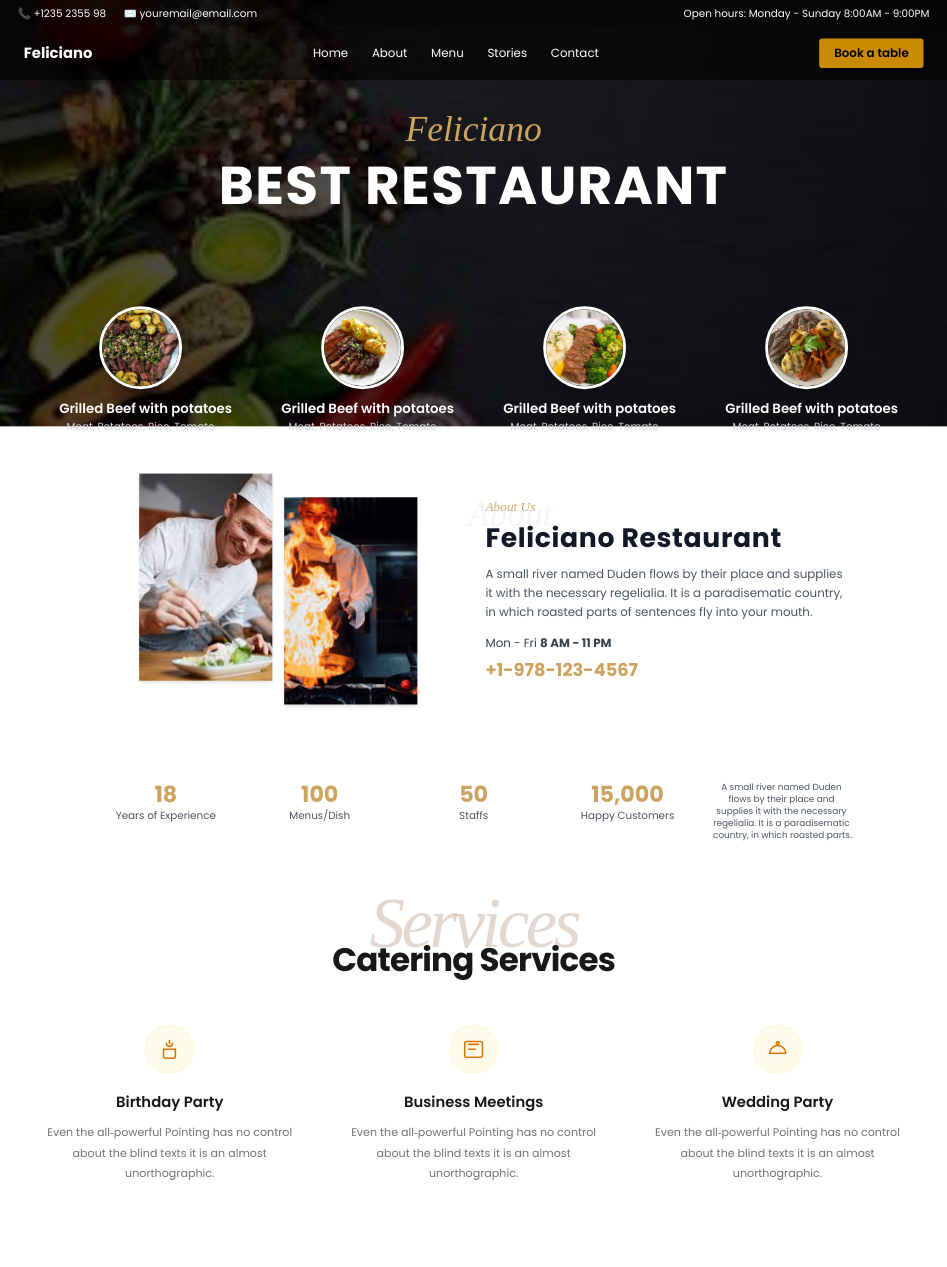
Repository: Purniagithub/Benttacproject
Page: /
These files come from the project's save history. The page is drawn as it stood at one moment and after the next save; the edit follows.
The browser window is 1280 px wide. The pictures show the whole page, at 74% of full size.
Some web fonts or font styles are not loaded; a fallback is used. The project was rebuilt for these pictures with package versions that can differ from the ones it lists, and the page was loaded fresh each time. Also part of the build but not shown: vite.config.js.

Above is the page before, as saved 2025-08-21 17:49:10.

### index.html
<!doctype html>
<html lang="en">
  <head>
    <meta charset="UTF-8" />
    <link rel="icon" type="image/svg+xml" href="/vite.svg" />
    <link href="https://fonts.googleapis.com/css2?family=Playfair+Display:ital,wght@1,500&family=Poppins:wght@400;600;700&display=swap" rel="stylesheet">

    <meta name="viewport" content="width=device-width, initial-scale=1.0" />
    <title>Vite + React</title>
  </head>
  <body>
    <div id="root"></div>
    <script type="module" src="/src/main.jsx"></script>
  </body>
</html>

### src/App.jsx
import React from "react";
import Navbar from "./components/Navbar";
import Hero from "./components/Hero";

function App() {
  return (
    <div className="font-poppins">
      <Navbar />
      <Hero />
    </div>
  );
}

export default App;

### src/components/Navbar.jsx
import React from "react";

const Navbar = () => {
  return (
    <header className="absolute top-0 left-0 w-full z-50">
      {/* Top bar */}
      <div className="flex justify-between items-center bg-black bg-opacity-70 text-white text-sm px-6 py-2">
        <div className="flex space-x-6">
          <span>📞 +1235 2355 98</span>
          <span>✉️ youremail@email.com</span>
        </div>
        <span>Open hours: Monday - Sunday 8:00AM - 9:00PM</span>
      </div>

      {/* Main Navbar */}
      <nav className="flex justify-between items-center bg-black bg-opacity-60 text-white px-8 py-4">
        <h1 className="text-xl font-bold">Feliciano</h1>
        <ul className="flex space-x-8 font-medium">
          <li><a href="#" className="hover:text-yellow-400">Home</a></li>
          <li><a href="#" className="hover:text-yellow-400">About</a></li>
          <li><a href="#" className="hover:text-yellow-400">Menu</a></li>
          <li><a href="#" className="hover:text-yellow-400">Stories</a></li>
          <li><a href="#" className="hover:text-yellow-400">Contact</a></li>
        </ul>
        <button className="bg-yellow-600 hover:bg-yellow-700 px-5 py-2 rounded text-black font-semibold">
          Book a table
        </button>
      </nav>
    </header>
  );
};

export default Navbar;

### src/components/Hero.jsx
import React from "react";
import AboutSection from "../components/AboutSection";
import CateringServices from "./CateringServices";

const dishes = [
  { id: 1, name: "Grilled Beef with potatoes", desc: "Meat, Potatoes, Rice, Tomato", img: "/dish-1.jpeg" },
  { id: 2, name: "Grilled Beef with potatoes", desc: "Meat, Potatoes, Rice, Tomato", img: "/dish-2.jpeg" },
  { id: 3, name: "Grilled Beef with potatoes", desc: "Meat, Potatoes, Rice, Tomato", img: "/dish-3.jpeg" },
  { id: 4, name: "Grilled Beef with potatoes", desc: "Meat, Potatoes, Rice, Tomato", img: "/dish-4.jpeg" },
];

const Hero = () => {
  return (
    <>
    <section
      className="relative h-[80vh] bg-cover bg-center flex flex-col justify-center items-center text-white px-4"
      style={{ backgroundImage: "url('/img-4.jpeg')" }}
    >
      {/* Dark overlay */}
      <div className="absolute inset-0 bg-black/70"></div>

      {/* Headings */}
      <div className="relative z-10 text-center mt-20 md:mt-32 lg:mt-40">
        <h2 className="text-3xl md:text-4xl lg:text-5xl font-serif italic text-[#CDA45E]">
          Feliciano
        </h2>
        <h1 className="text-4xl md:text-5xl lg:text-7xl font-extrabold tracking-wide mt-3 md:mt-4 uppercase">
          Best Restaurant
        </h1>
      </div>

      {/* Dish Cards */}
      <div className="relative z-10 grid grid-cols-1 sm:grid-cols-2 md:grid-cols-4 gap-10 md:gap-16 lg:gap-20 mt-16 md:mt-24 lg:mt-32">
        {dishes.map((dish) => (
          <div key={dish.id} className="text-center max-w-[220px] mx-auto">
            <img
              src={dish.img}
              alt={dish.name}
              className="w-24 h-24 md:w-28 md:h-28 object-cover rounded-full mx-auto border-4 border-white shadow-lg"
            />
            <h3 className="mt-3 font-semibold text-base md:text-lg whitespace-nowrap">
              {dish.name}
            </h3>
            <p className="text-xs md:text-sm text-gray-300">{dish.desc}</p>
          </div>
        ))}
      </div>
    </section>
     {/* Other sections */}
     <AboutSection />
     <CateringServices />
</>
  );
};

export default Hero;

### src/components/AboutSection.jsx
// src/components/AboutSection.jsx
import React from "react";

export default function AboutSection() {
  return (
    <section className="w-full bg-white py-16">
      <div className="max-w-5xl mx-auto text-center">
        {/* Top Grid (Images + Content) */}
        <div className="grid grid-cols-1 lg:grid-cols-2 gap-8 items-center">
          {/* Left Images */}
          <div className="flex justify-center gap-4">
            <img
              src="/chef-1.jpeg"
              alt="Chef serving"
              className="shadow-md object-cover h-[280px] w-[180px]"
            />
            <img
              src="/chef-5.jpeg"
              alt="Cooking food"
              className="shadow-md object-cover h-[280px] w-[180px] mt-8"
            />
          </div>

          {/* Right Content */}
          <div className="text-left lg:text-left">
            <h3 className="text-lg font-serif italic text-[#CDA45E] relative mb-2">
              <span className="absolute -left-6 top-0 text-5xl text-gray-200 opacity-40">
                About
              </span>
              About Us
            </h3>
            <h2 className="text-4xl font-bold text-gray-900 mb-4 tracking-wide">
              Feliciano Restaurant
            </h2>
            <p className="text-gray-600 mb-4 leading-relaxed">
              A small river named Duden flows by their place and supplies it
              with the necessary regelialia. It is a paradisematic country, in
              which roasted parts of sentences fly into your mouth.
            </p>

            <p className="text-gray-700 mb-2">
              Mon - Fri <span className="font-bold">8 AM - 11 PM</span>
            </p>
            <p className="text-2xl font-bold text-[#CDA45E]">
              +1-978-123-4567
            </p>
          </div>
        </div>

        {/* Stats Section */}
        <div className="grid grid-cols-2 sm:grid-cols-5 gap-4 mt-16 pt-10">
          <div className="text-center">
            <h4 className="text-3xl font-bold text-[#CDA45E]">18</h4>
            <p className="text-sm text-gray-600">Years of Experience</p>
          </div>
          <div className="text-center">
            <h4 className="text-3xl font-bold text-[#CDA45E]">100</h4>
            <p className="text-sm text-gray-600">Menus/Dish</p>
          </div>
          <div className="text-center">
            <h4 className="text-3xl font-bold text-[#CDA45E]">50</h4>
            <p className="text-sm text-gray-600">Staffs</p>
          </div>
          <div className="text-center">
            <h4 className="text-3xl font-bold text-[#CDA45E]">15,000</h4>
            <p className="text-sm text-gray-600">Happy Customers</p>
          </div>
          <div className="text-center text-xs line-clamp-5">
            <p className="text-xs text-gray-600">A small river named Duden flows by their place and supplies it
              with the necessary regelialia. It is a paradisematic country, in
              which roasted parts of sentences fly into your mouth.</p>
          </div>
        </div>
      </div>
    </section>
  );
}

### src/components/CateringServices.jsx
import React from "react";

function IconCake(props) {
  return (
    <svg viewBox="0 0 24 24" aria-hidden="true" {...props}>
      <g fill="none" stroke="currentColor" strokeWidth="1.6" strokeLinecap="round" strokeLinejoin="round">
        <path d="M12 3v3" />
        <path d="M9 6a3 3 0 1 0 6 0" />
        <path d="M6 12h12" />
        <path d="M6 12v7a2 2 0 0 0 2 2h8a2 2 0 0 0 2-2v-7" />
      </g>
    </svg>
  );
}

function IconMeeting(props) {
  return (
    <svg viewBox="0 0 24 24" aria-hidden="true" {...props}>
      <g fill="none" stroke="currentColor" strokeWidth="1.6" strokeLinecap="round" strokeLinejoin="round">
        <path d="M7 7h10M7 12h7" />
        <path d="M3 18a2 2 0 0 0 2 2h14a2 2 0 0 0 2-2V6a2 2 0 0 0-2-2H5a2 2 0 0 0-2 2z" />
      </g>
    </svg>
  );
}

function IconCloche(props) {
  return (
    <svg viewBox="0 0 24 24" aria-hidden="true" {...props}>
      <g fill="none" stroke="currentColor" strokeWidth="1.6" strokeLinecap="round" strokeLinejoin="round">
        <path d="M12 7a1.5 1.5 0 1 0 0-3 1.5 1.5 0 0 0 0 3z" />
        <path d="M4 16a8 8 0 1 1 16 0" />
        <path d="M4 16h16" />
      </g>
    </svg>
  );
}

const cards = [
  {
    title: "Birthday Party",
    text:
      "Even the all‑powerful Pointing has no control about the blind texts it is an almost unorthographic.",
    Icon: IconCake,
  },
  {
    title: "Business Meetings",
    text:
      "Even the all‑powerful Pointing has no control about the blind texts it is an almost unorthographic.",
    Icon: IconMeeting,
  },
  {
    title: "Wedding Party",
    text:
      "Even the all‑powerful Pointing has no control about the blind texts it is an almost unorthographic.",
    Icon: IconCloche,
  },
];

export default function CateringServices({
  id = "services",
  heading = "Catering Services",
  accent = "Services",
}) {
  return (
    <section id={id} className="relative isolate bg-white py-24 sm:py-28">
      {/* Accent word behind heading */}
      <div aria-hidden className="pointer-events-none absolute inset-x-0 -top-1 sm:top-0 text-center">
        <span className="select-none font-serif italic tracking-tighter text-amber-900/20 text-7xl sm:text-8xl md:text-[96px] leading-none">
          {accent}
        </span>
      </div>

      <div className="mx-auto max-w-[1200px] px-4 -mt-12">
        {/* Main heading */}
        <h2 className="text-center text-[34px] sm:text-[38px] md:text-[44px] font-extrabold tracking-tight text-zinc-900">
          {heading}
        </h2>

        {/* Cards */}
        <div className="mt-14 grid grid-cols-1 md:grid-cols-3 gap-12 md:gap-16">
          {cards.map(({ title, text, Icon }) => (
            <article key={title} className="text-center">
              <div className="mx-auto mb-6 flex h-16 w-16 items-center justify-center rounded-full bg-amber-50 ring-1 ring-amber-100 text-amber-600">
                <Icon className="h-8 w-8" />
              </div>
              <h3 className="text-[20px] font-semibold text-zinc-900">{title}</h3>
              <p className="mt-3 mx-auto max-w-[340px] text-[15px] leading-7 text-zinc-500">
                {text}
              </p>
            </article>
          ))}
        </div>
      </div>
    </section>
  );
}

### tailwind.config.js
/** @type {import('tailwindcss').Config} */
export default {
  content: ["./index.html",
    "./src/**/*.{js,ts,jsx,tsx}",],
  theme: {
    extend: {fontFamily: {
      sans: ['Poppins', 'sans-serif'],
      serif: ['Playfair Display', 'serif'],
    },
    colors: {
      gold: "#CDA45E",
    },},
  },
  plugins: [],
}

Loaded but not shown: src/main.jsx (common file); src/index.css (common file)

After the next save:
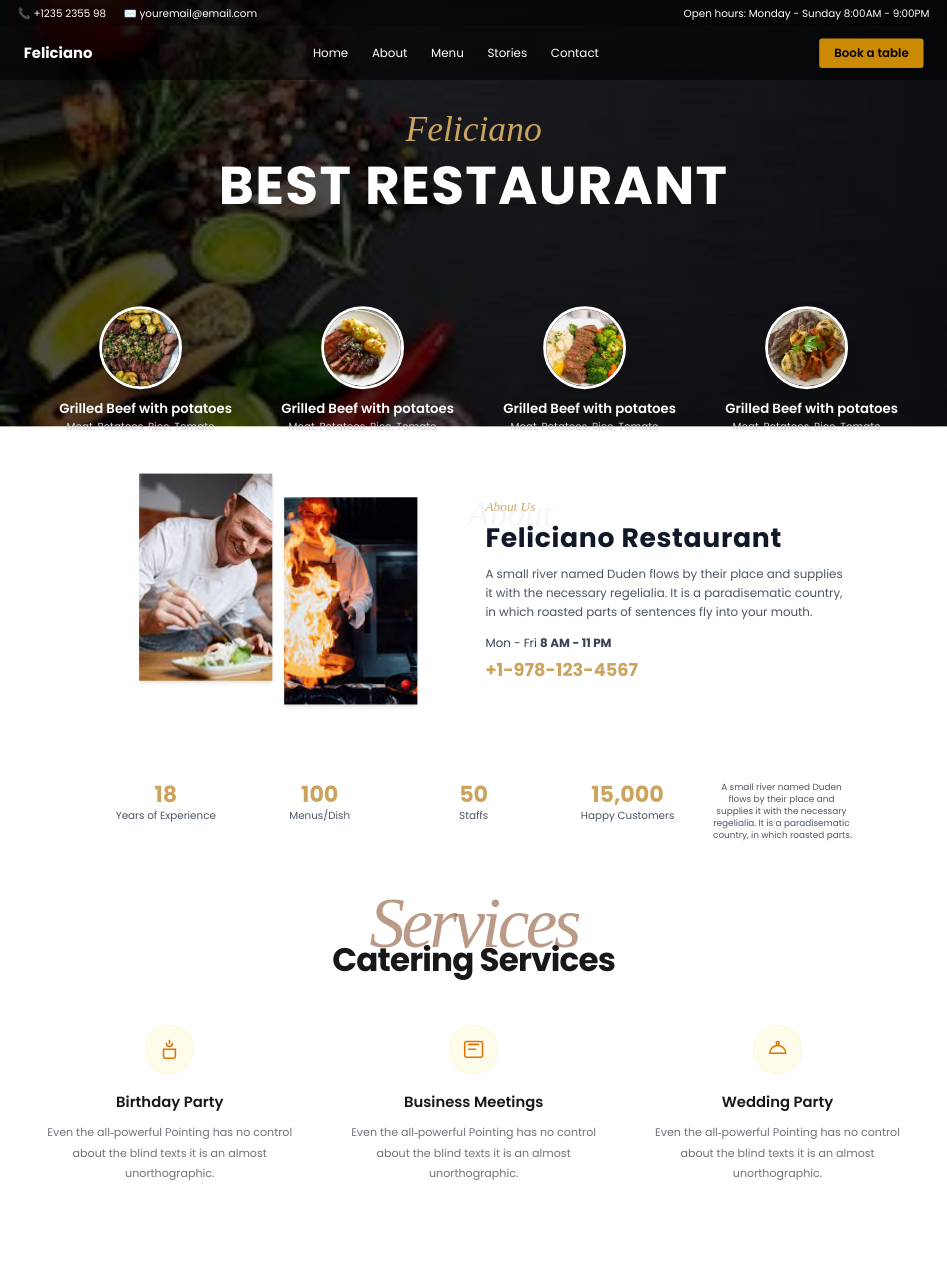
Saved 7 s later.
--- a/src/components/CateringServices.jsx
+++ b/src/components/CateringServices.jsx
@@ -66,7 +66,7 @@ export default function CateringServices({
     <section id={id} className="relative isolate bg-white py-24 sm:py-28">
       {/* Accent word behind heading */}
       <div aria-hidden className="pointer-events-none absolute inset-x-0 -top-1 sm:top-0 text-center">
-        <span className="select-none font-serif italic tracking-tighter text-amber-900/20 text-7xl sm:text-8xl md:text-[96px] leading-none">
+        <span className="select-none font-serif italic tracking-tighter text-amber-900/50 text-7xl sm:text-8xl md:text-[96px] leading-none">
           {accent}
         </span>
       </div>
